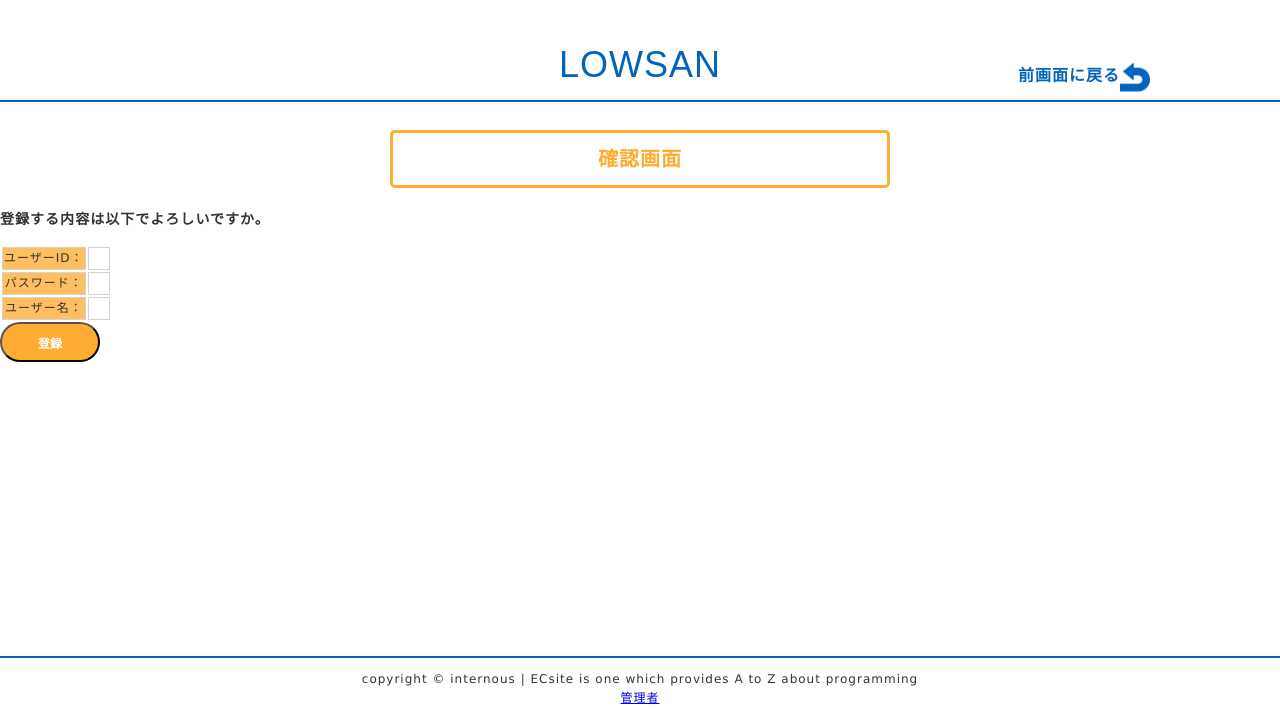
Repository: nishimura0212/myECsite
Page: http://localhost/ecsite/userCreateConfirm.jsp
An editor plug-in stored every save of this project. The page is shown before and after the next save, followed by the edit.
The browser window is 1280 px wide. The pictures show the whole page.
The page is served by Tomcat 9.

Above is the page before, as saved 2019-01-19 09:52:14.

After the next save:
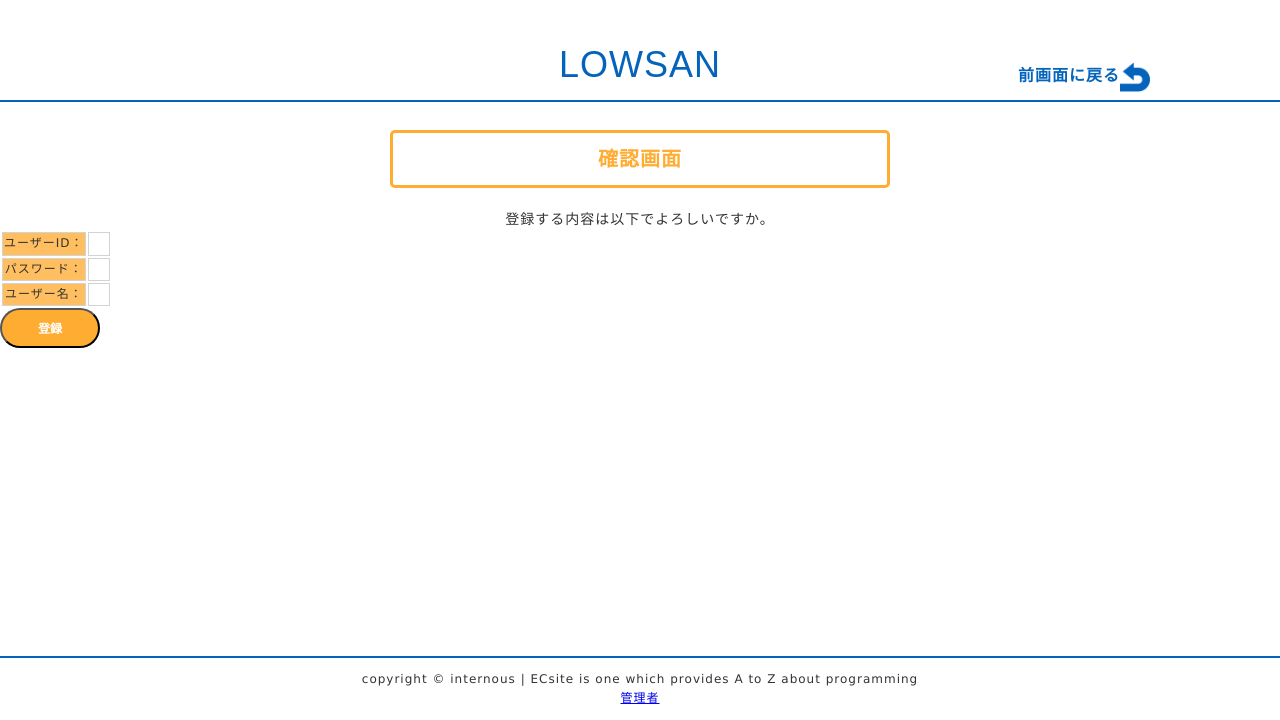
Saved 70 s later.
--- a/ecsite/WebContent/userCreateConfirm.jsp
+++ b/ecsite/WebContent/userCreateConfirm.jsp
@@ -30,7 +30,9 @@
 			<p>確認画面</p>
 		</div>
 		<div>
-			<h3>登録する内容は以下でよろしいですか。</h3>
+			<div class="comment">
+				登録する内容は以下でよろしいですか。
+			</div>
 			<s:form action="UserCreateCompleteAction">
 				<table>
 					<tr>
